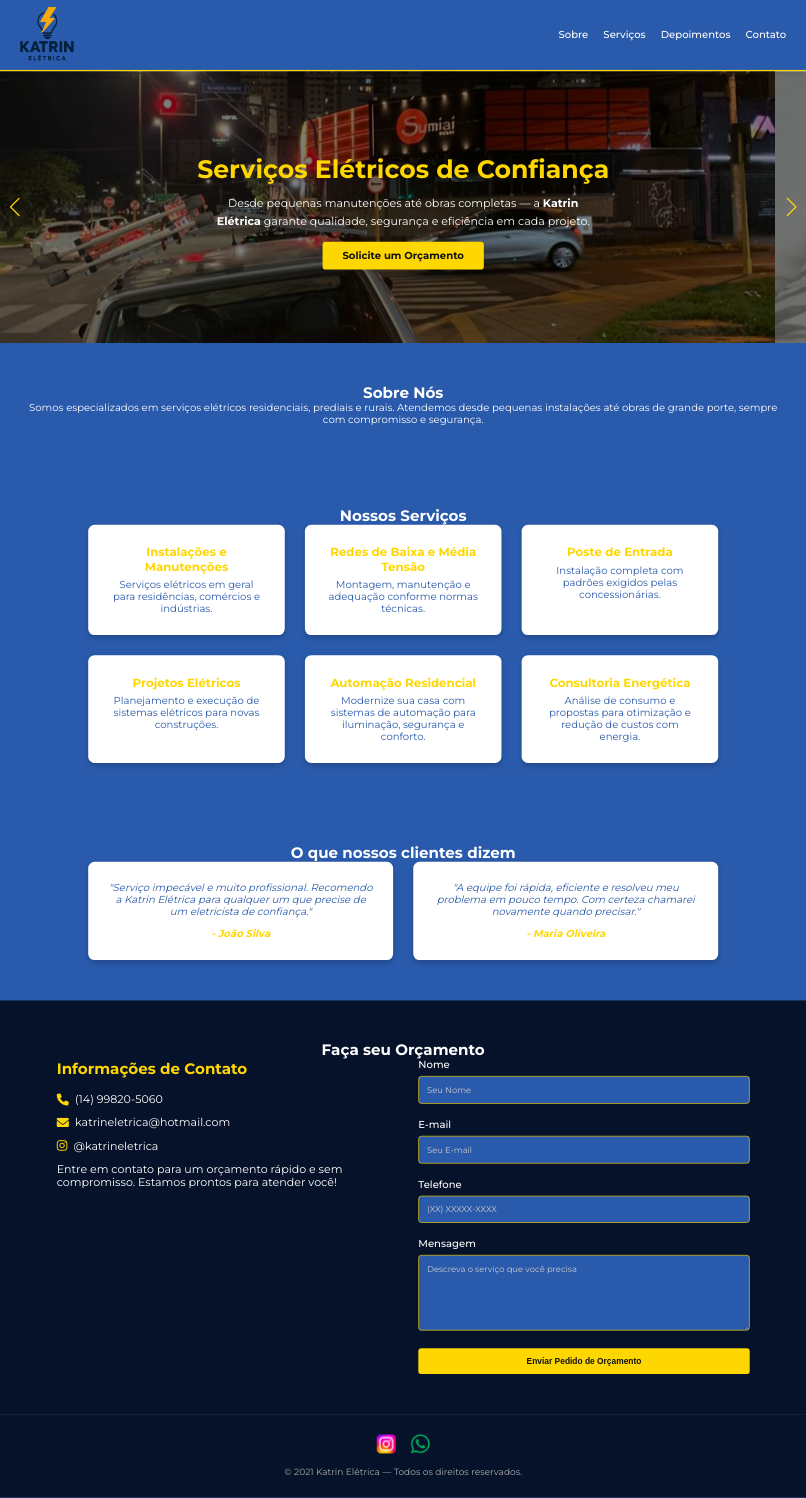
Repository: Jvcamargo1/katrin-site
Page: index.html
The author's editor kept a copy of each file at every save. The page is drawn from the files as they stood at one save, then again after the next save.
The browser window is 1280 px wide. The pictures show the whole page, at 63% of full size.

Above is the page before, as saved 2025-11-06 21:30:46.

After the next save:
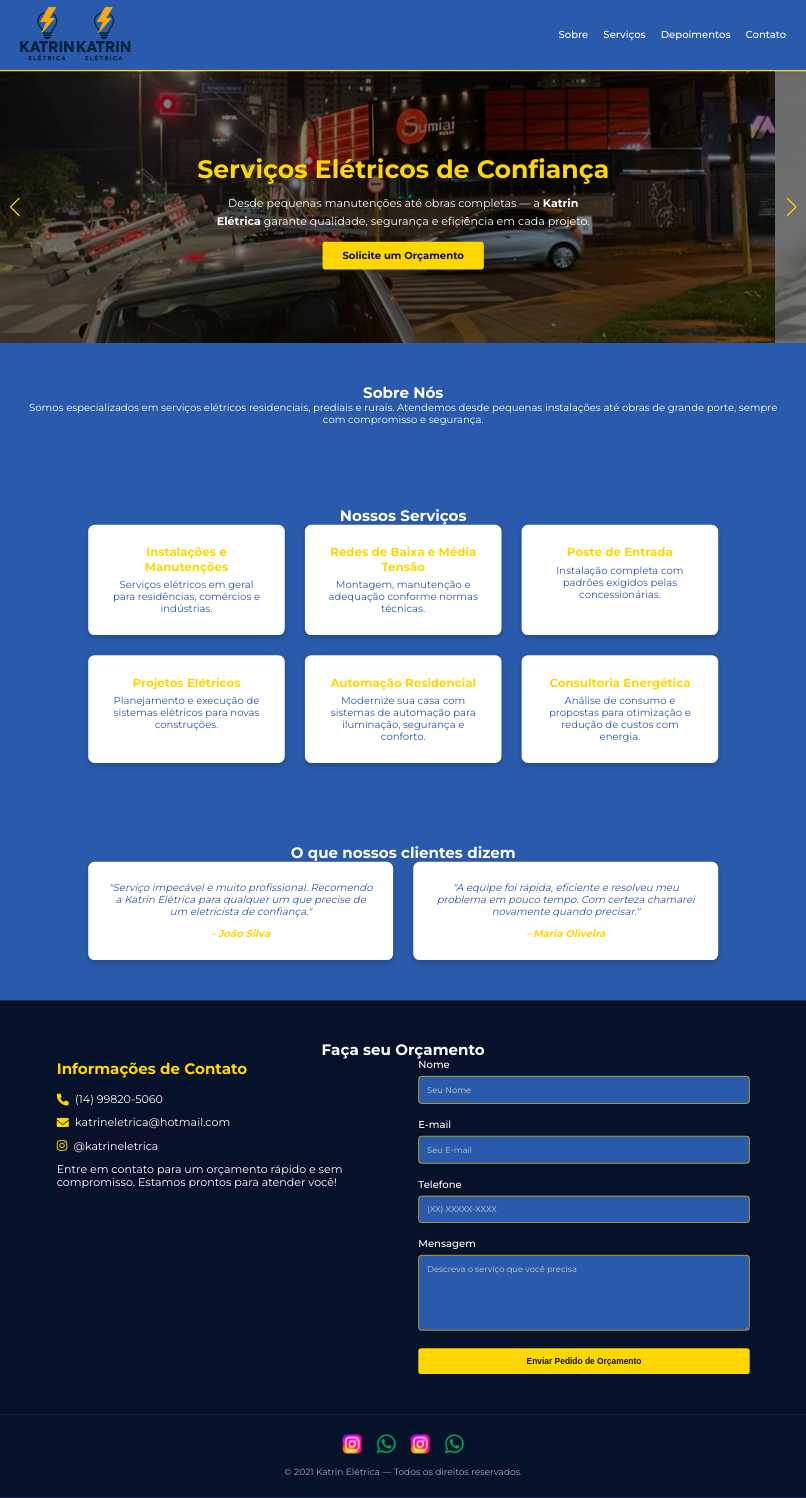
Saved 3 min 37 s later.
--- a/index.html
+++ b/index.html
@@ -5,6 +5,7 @@
   <meta name="viewport" content="width=device-width, initial-scale=1.0" />
   <title>Katrin Elétrica | Serviços Elétricos em Geral</title>
   <link rel="stylesheet" href="style.css">
+  <link rel="stylesheet" href="assets/css/style.css">
   <link rel="stylesheet" href="https://cdnjs.cloudflare.com/ajax/libs/font-awesome/6.0.0-beta3/css/all.min.css">
   <!-- 1. Adicionar o CSS do Swiper.js -->
   <link rel="stylesheet" href="https://cdn.jsdelivr.net/npm/swiper@11/swiper-bundle.min.css" />
@@ -13,6 +14,7 @@
   <header>
     <div class="logo">
       <img src="logoke.png" alt="Logo Katrin Elétrica" />
+      <img src="assets/images/logoke.png" alt="Logo Katrin Elétrica" />
     </div>
     <button class="menu-toggle" id="menu-toggle" aria-label="Abrir menu">
       <span class="bar"></span>
@@ -36,6 +38,9 @@
           <div class="swiper-slide"><img src="servico-1.jpg" alt="Instalação de quadro elétrico"></div>
           <div class="swiper-slide"><img src="servico-2.jpg" alt="Manutenção em rede de média tensão"></div>
           <div class="swiper-slide"><img src="servico-3.jpg" alt="Projeto de automação residencial"></div>
+          <div class="swiper-slide"><img src="assets/images/servico-1.jpg" alt="Instalação de quadro elétrico"></div>
+          <div class="swiper-slide"><img src="assets/images/servico-2.jpg" alt="Manutenção em rede de média tensão"></div>
+          <div class="swiper-slide"><img src="assets/images/servico-3.jpg" alt="Projeto de automação residencial"></div>
         </div>
         <!-- Botões de navegação -->
         <div class="swiper-button-next"></div>
@@ -138,6 +143,8 @@
     <div class="social-links">
       <a href="https://instagram.com/katrineletrica" target="_blank"><img src="instalogo.png" alt="Instagram" class="social-icon"></a>
       <a href="https://wa.me/5514998205060" target="_blank"><img src="wpplogov.png" alt="WhatsApp" class="social-icon"></a>
+      <a href="https://instagram.com/katrineletrica" target="_blank"><img src="assets/images/instalogo.png" alt="Instagram" class="social-icon"></a>
+      <a href="https://wa.me/5514998205060" target="_blank"><img src="assets/images/wpplogov.png" alt="WhatsApp" class="social-icon"></a>
     </div>
     <p id="footer-year">© 2025 Katrin Elétrica — Todos os direitos reservados.</p>
   </footer>

After the save that followed:
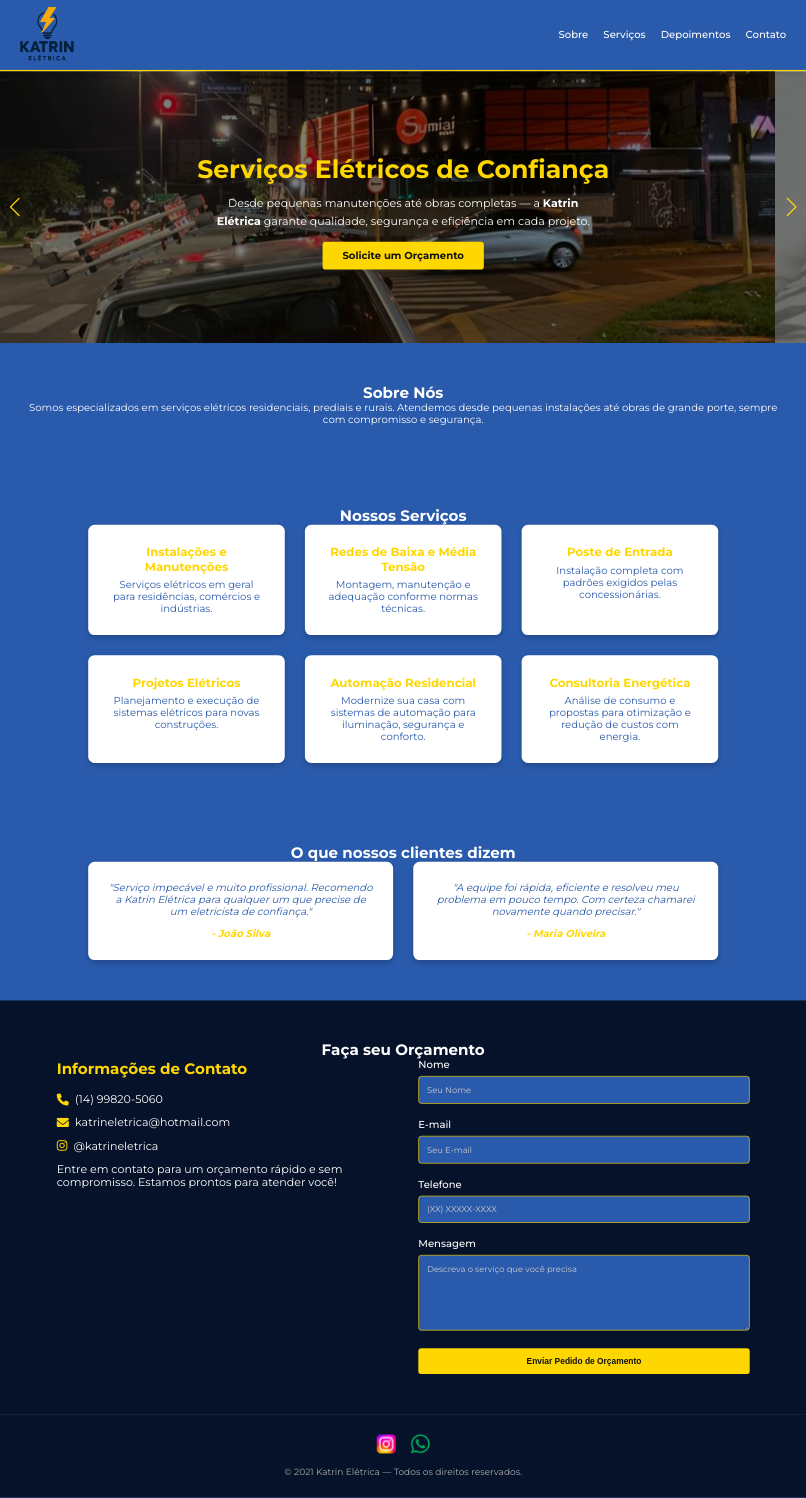
Saved 13 s later.
--- a/index.html
+++ b/index.html
@@ -4,7 +4,6 @@
   <meta charset="UTF-8" />
   <meta name="viewport" content="width=device-width, initial-scale=1.0" />
   <title>Katrin Elétrica | Serviços Elétricos em Geral</title>
-  <link rel="stylesheet" href="style.css">
   <link rel="stylesheet" href="assets/css/style.css">
   <link rel="stylesheet" href="https://cdnjs.cloudflare.com/ajax/libs/font-awesome/6.0.0-beta3/css/all.min.css">
   <!-- 1. Adicionar o CSS do Swiper.js -->
@@ -13,7 +12,6 @@
 <body>
   <header>
     <div class="logo">
-      <img src="logoke.png" alt="Logo Katrin Elétrica" />
       <img src="assets/images/logoke.png" alt="Logo Katrin Elétrica" />
     </div>
     <button class="menu-toggle" id="menu-toggle" aria-label="Abrir menu">
@@ -35,9 +33,6 @@
       <div class="swiper hero-carousel">
         <div class="swiper-wrapper">
           <!-- Slides com imagens de exemplo (substitua pelas suas) -->
-          <div class="swiper-slide"><img src="servico-1.jpg" alt="Instalação de quadro elétrico"></div>
-          <div class="swiper-slide"><img src="servico-2.jpg" alt="Manutenção em rede de média tensão"></div>
-          <div class="swiper-slide"><img src="servico-3.jpg" alt="Projeto de automação residencial"></div>
           <div class="swiper-slide"><img src="assets/images/servico-1.jpg" alt="Instalação de quadro elétrico"></div>
           <div class="swiper-slide"><img src="assets/images/servico-2.jpg" alt="Manutenção em rede de média tensão"></div>
           <div class="swiper-slide"><img src="assets/images/servico-3.jpg" alt="Projeto de automação residencial"></div>
@@ -141,8 +136,6 @@
 
   <footer>
     <div class="social-links">
-      <a href="https://instagram.com/katrineletrica" target="_blank"><img src="instalogo.png" alt="Instagram" class="social-icon"></a>
-      <a href="https://wa.me/5514998205060" target="_blank"><img src="wpplogov.png" alt="WhatsApp" class="social-icon"></a>
       <a href="https://instagram.com/katrineletrica" target="_blank"><img src="assets/images/instalogo.png" alt="Instagram" class="social-icon"></a>
       <a href="https://wa.me/5514998205060" target="_blank"><img src="assets/images/wpplogov.png" alt="WhatsApp" class="social-icon"></a>
     </div>
